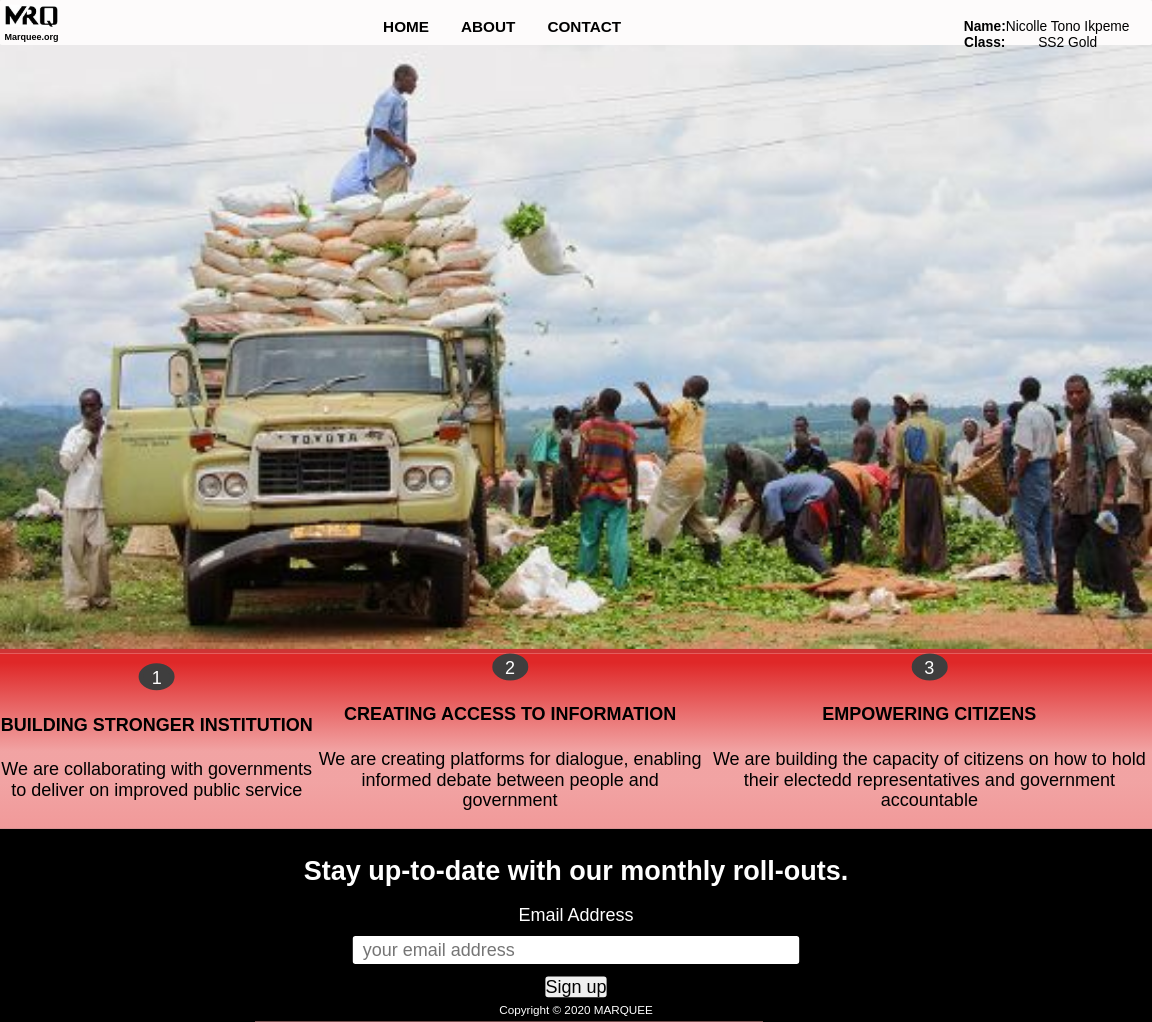
Repository: pboi18/Marquee.org
Page: home.html
These files come from the project's save history. The page is drawn as it stood at one moment and after the next save; the edit follows.
The browser window is 1280 px wide. The pictures show the whole page, at 90% of full size.

Above is the page before, as saved 2020-07-11 23:22:14.

After the next save:
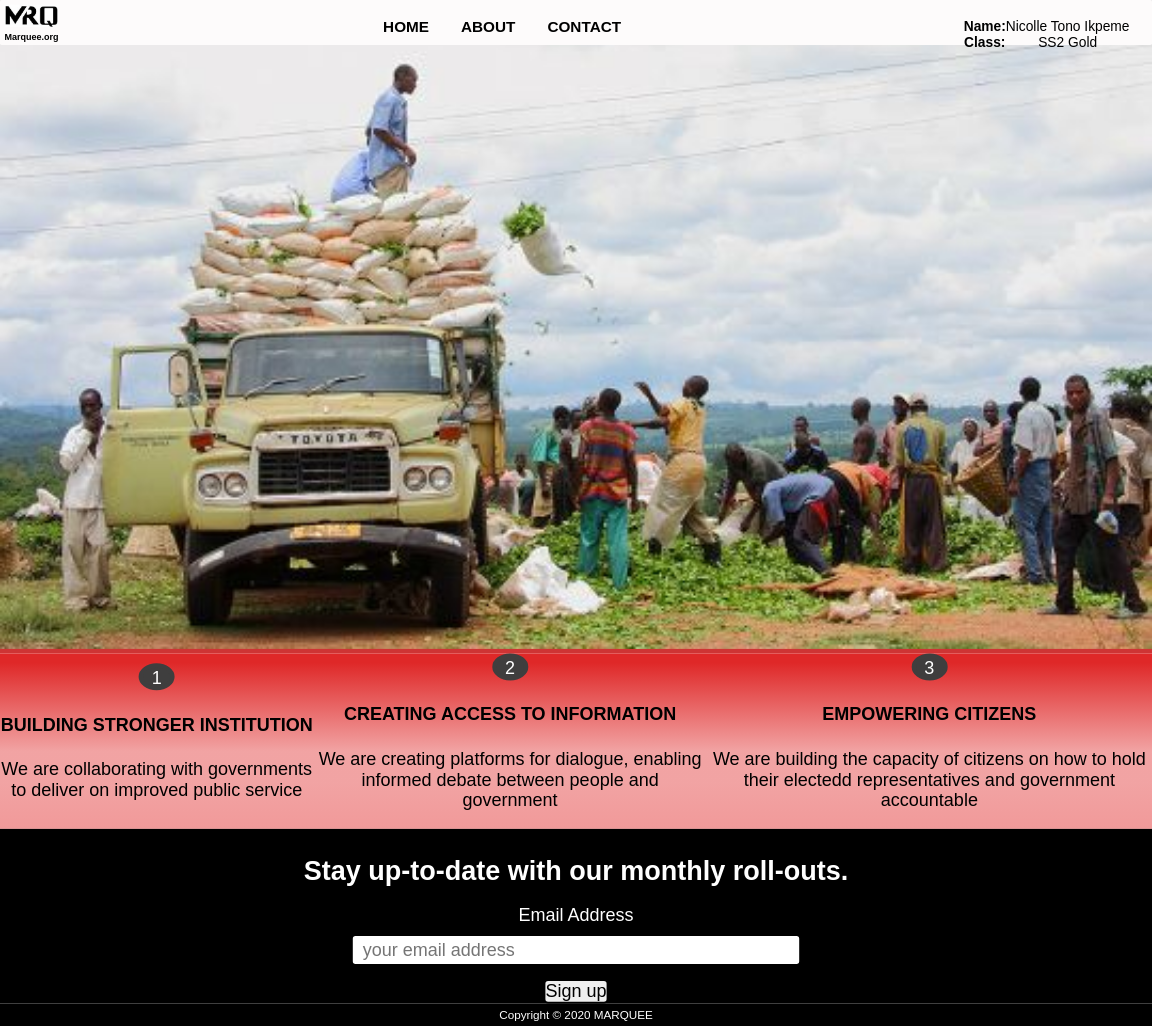
Saved 6 s later.
--- a/home.html
+++ b/home.html
@@ -102,7 +102,7 @@
 
                     <form style="text-align: center;">
                     <label style="color: white;">Email Address</label>
-                    <input type="email" name="email" placeholder="  your email address" style=" width: 500px; margin: auto; margin-bottom: 10px;" required>
+                    <input type="email" name="email" placeholder="  your email address" style=" width: 500px; margin: auto; margin-bottom: 15px;" required>
                     <button type="submit" value="SIGN UP" name="sign up">Sign up</button>
                     </form>
                 </div>
